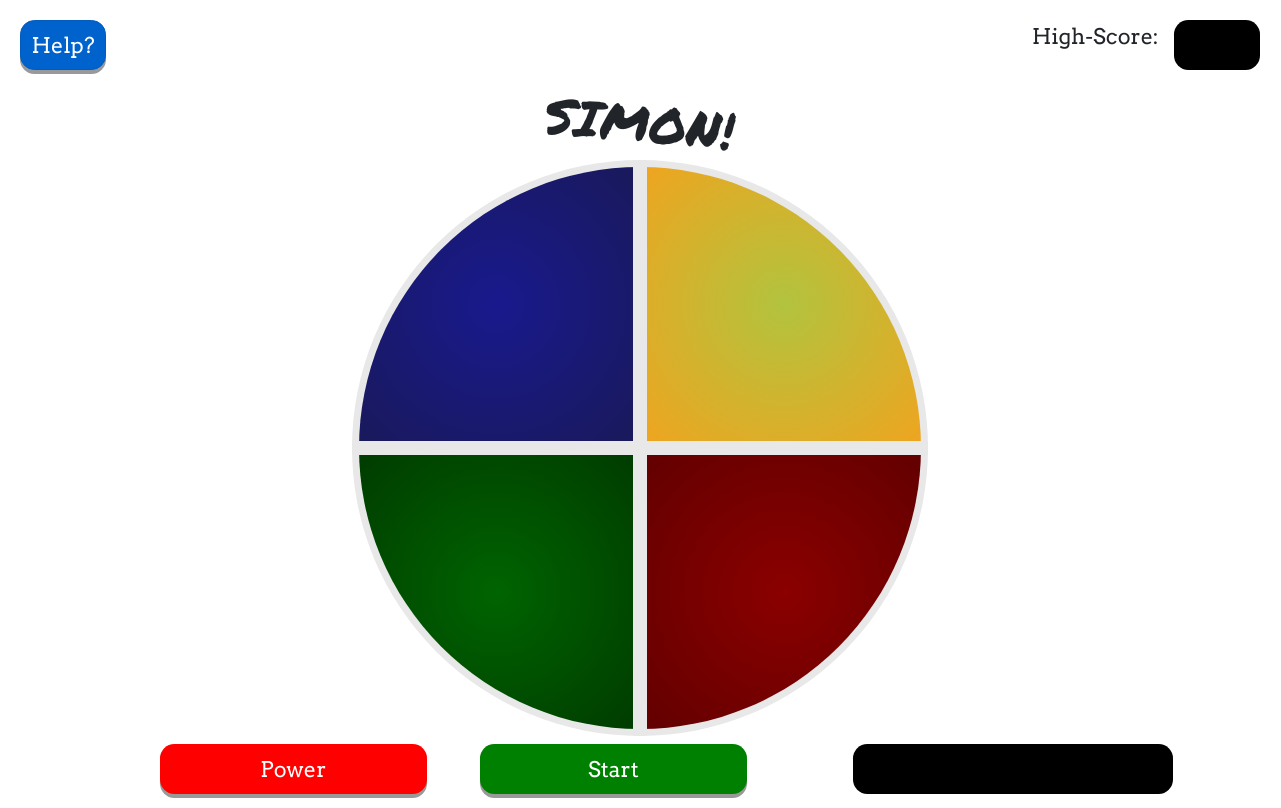
Repository: bandyp/simon
Page: index.html
The author's editor kept a record of every edit. The page is drawn from the files as they stood at one moment, then again after the next edit.
The browser window is 1280 px wide. The page is 1281 px wide, so the pictures cover 1281 px, including what lies to the right of the window. The pictures show the whole page.

Above is the page before.

After the next edit:
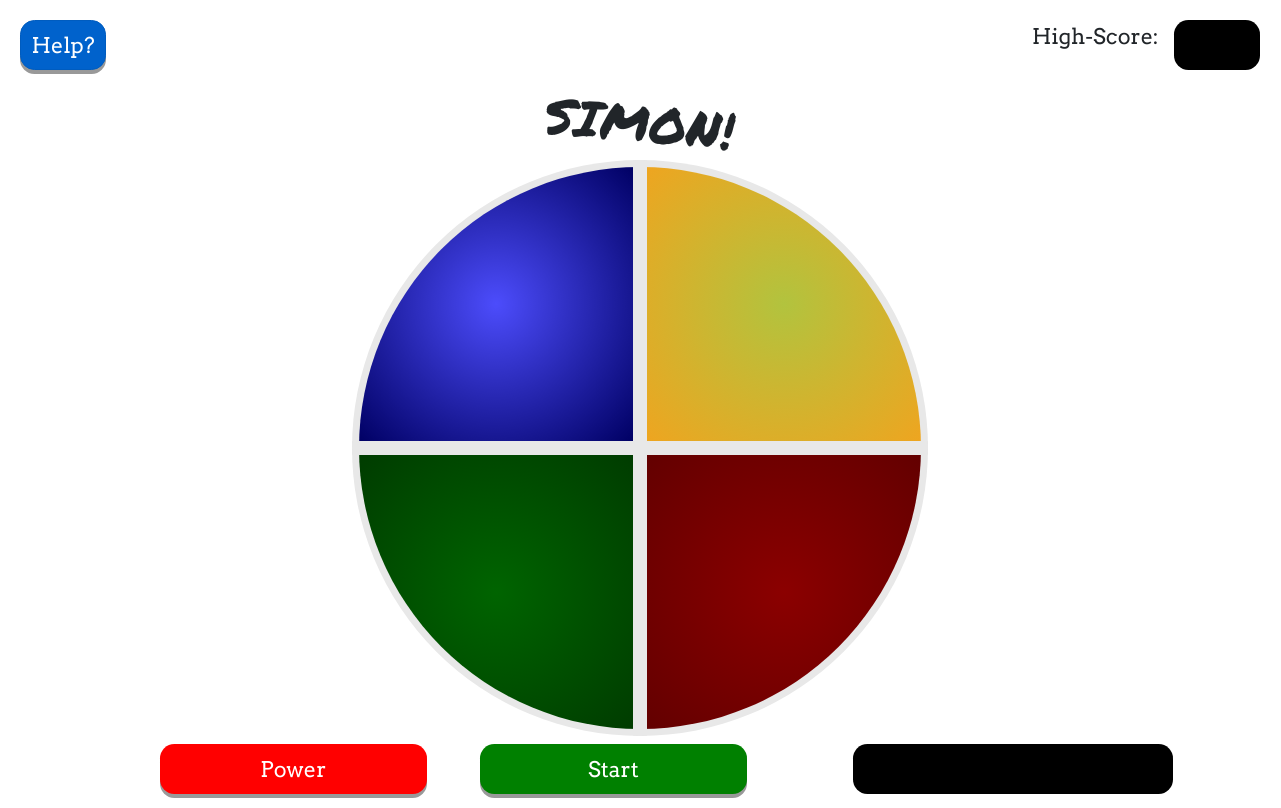
The edit:
--- a/assets/css/style.css
+++ b/assets/css/style.css
@@ -49,7 +49,7 @@
     margin-top: auto;
     border-radius: 100% 0% 0% 0%;
     border: solid 1vh rgb(232, 232, 232);
-    background-image: radial-gradient(circle, rgba(25, 25, 142, 1), rgba(25, 25, 92, 1));
+    background-image: radial-gradient(circle, rgba(0, 0, 250, 0.7), rgba(0, 0, 100, 1));
 }
 
 #yellow {
